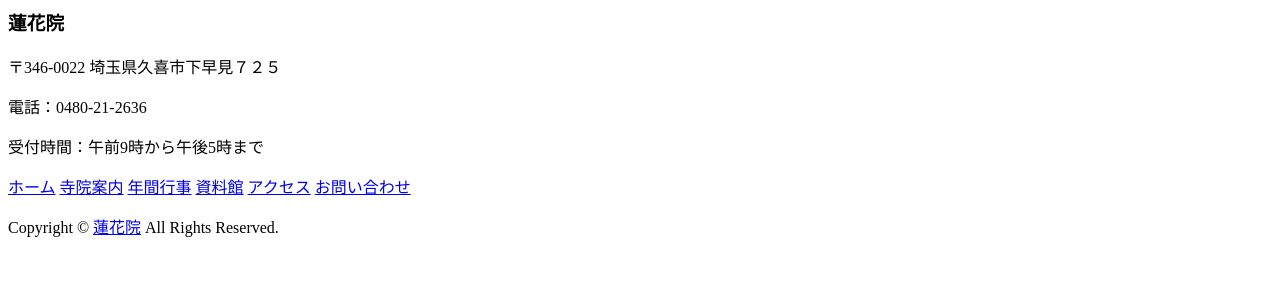
Repository: owl-onoueip/rengein-website
Page: footer.html
An editor plug-in stored every save of this project. The page is shown before and after the next save, followed by the edit.
The browser window is 1280 px wide. The pictures show the whole page.

Above is the page before, as saved 2025-03-10 16:06:01.

### footer.html
<footer>
    <div class="container">
        <div class="footer-content">
            <div class="footer-info">
                <h3 class="footer-title">蓮花院</h3>
                <div class="footer-address">
                    <p>〒346-0022 埼玉県久喜市下早見７２５</p>
                    <p>電話：0480-21-2636</p>
                    <p>受付時間：午前9時から午後5時まで</p>
                </div>
            </div>

            <div class="footer-links">
                <a href="index.html"><i class="fas fa-home"></i> ホーム</a>
                <a href="about.html"><i class="fas fa-info-circle"></i> 寺院案内</a>
                <a href="events.html"><i class="fas fa-calendar-alt"></i> 年間行事</a>
                <a href="museum.html"><i class="fas fa-landmark"></i> 資料館</a>
                <a href="about.html#access"><i class="fas fa-map-marker-alt"></i> アクセス</a>
                <a href="contact.html"><i class="fas fa-envelope"></i> お問い合わせ</a>
            </div>
        </div>

        <div class="footer-copyright">
            <p>Copyright &copy; <a href="index.html">蓮花院</a> All Rights Reserved.</p>
        </div>
    </div>
</footer>

After the next save:
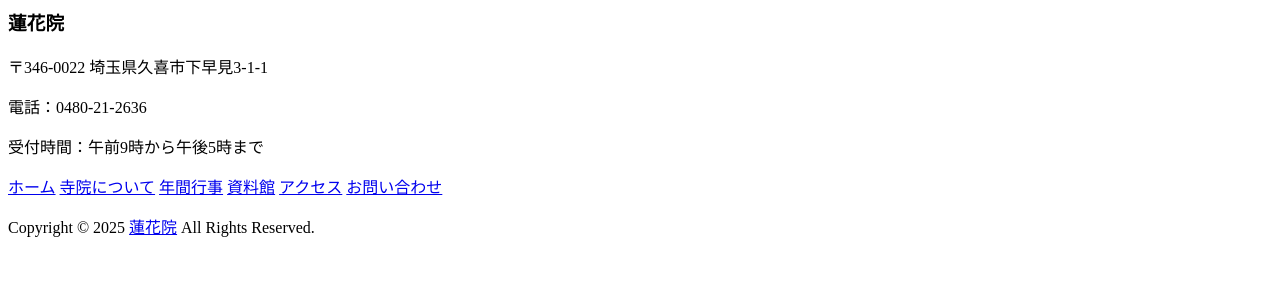
Saved 3 h 39 min later.
--- a/footer.html
+++ b/footer.html
@@ -4,24 +4,28 @@
             <div class="footer-info">
                 <h3 class="footer-title">蓮花院</h3>
                 <div class="footer-address">
-                    <p>〒346-0022 埼玉県久喜市下早見７２５</p>
+                    <p>〒346-0022 埼玉県久喜市下早見3-1-1</p>
                     <p>電話：0480-21-2636</p>
                     <p>受付時間：午前9時から午後5時まで</p>
                 </div>
             </div>
-
-            <div class="footer-links">
-                <a href="index.html"><i class="fas fa-home"></i> ホーム</a>
-                <a href="about.html"><i class="fas fa-info-circle"></i> 寺院案内</a>
-                <a href="events.html"><i class="fas fa-calendar-alt"></i> 年間行事</a>
-                <a href="museum.html"><i class="fas fa-landmark"></i> 資料館</a>
-                <a href="about.html#access"><i class="fas fa-map-marker-alt"></i> アクセス</a>
-                <a href="contact.html"><i class="fas fa-envelope"></i> お問い合わせ</a>
+            <div class="footer-nav">
+                <div class="footer-links">
+                    <a href="index.html"><i class="fas fa-home"></i> ホーム</a>
+                    <a href="about.html"><i class="fas fa-info-circle"></i> 寺院について</a>
+                    <a href="events.html"><i class="fas fa-calendar-alt"></i> 年間行事</a>
+                    <a href="museum.html"><i class="fas fa-landmark"></i> 資料館</a>
+                    <a href="about.html#access"><i class="fas fa-map-marker-alt"></i> アクセス</a>
+                    <a href="contact.html"><i class="fas fa-envelope"></i> お問い合わせ</a>
+                </div>
             </div>
         </div>
-
         <div class="footer-copyright">
-            <p>Copyright &copy; <a href="index.html">蓮花院</a> All Rights Reserved.</p>
+            <p>Copyright &copy; <span id="current-year"></span> <a href="index.html">蓮花院</a> All Rights Reserved.</p>
         </div>
     </div>
 </footer>
+<script>
+    // 現在の年を自動的に挿入
+    document.getElementById('current-year').textContent = new Date().getFullYear();
+</script>
